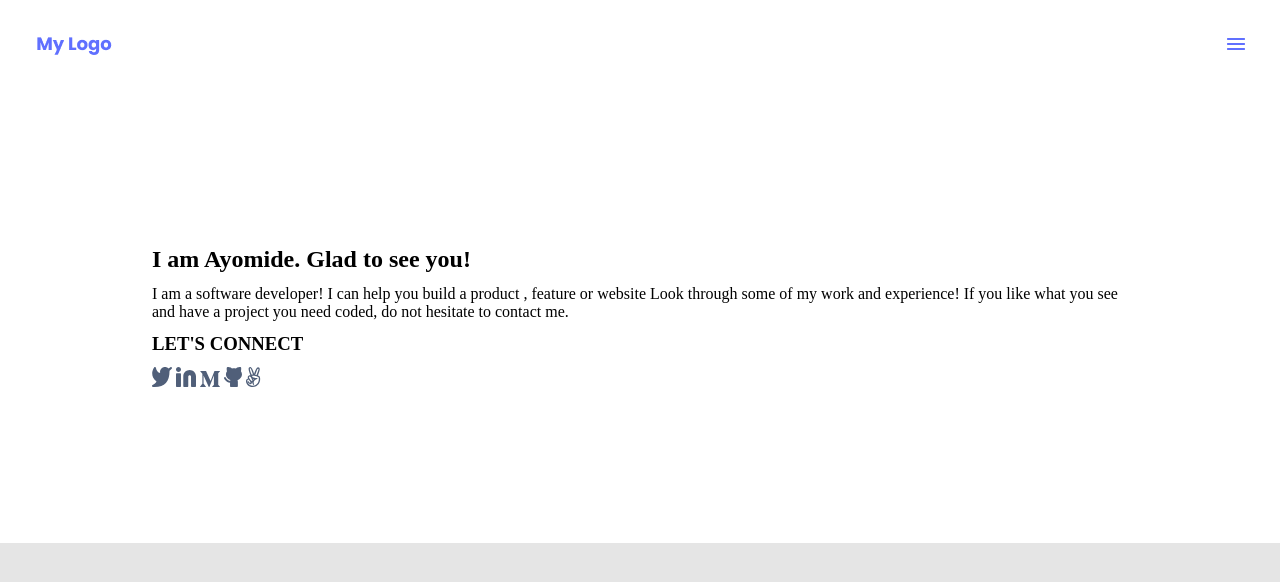
Repository: Paulinelali/potfoilo.github.io
Page: public/index.html
The author's editor kept a copy of each file at every save. The page is drawn from the files as they stood at one save, then again after a run of saves.
The browser window is 1280 px wide. The pictures show the whole page.

Above is the page before, as saved 2023-03-31 00:19:27.

After the next 2 saves:
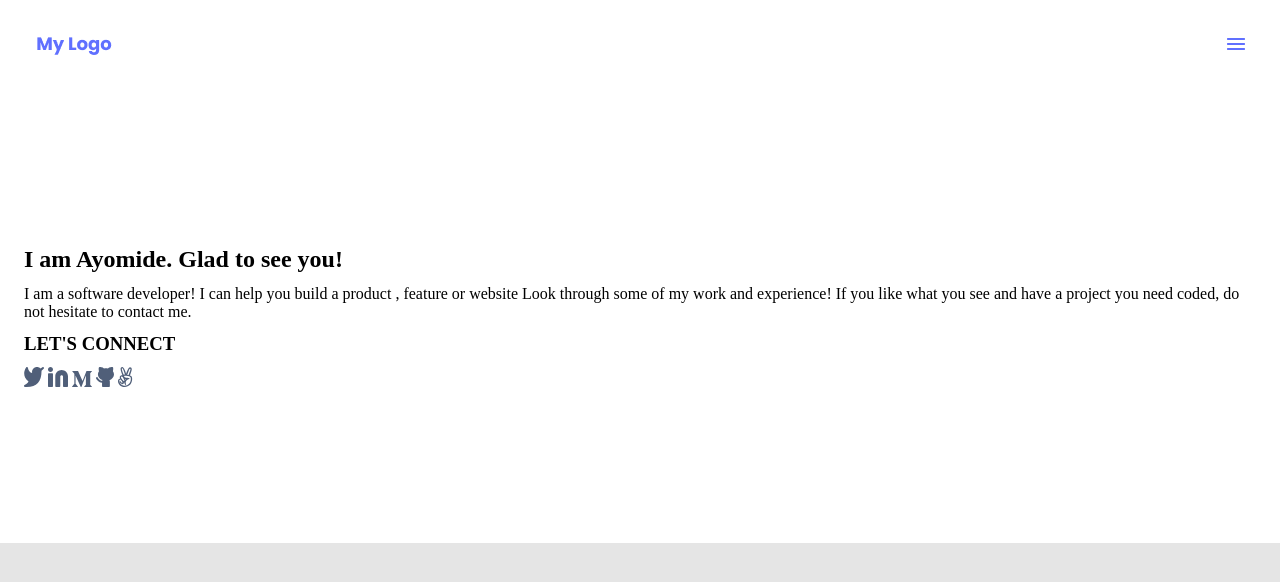
The 2 saves are shown as one change because they came seconds apart.
The last was saved 14 s later.
--- a/styles/style.css
+++ b/styles/style.css
@@ -23,6 +23,6 @@ body{
   display: flex;
   flex-direction: column;
   gap: 12px;
-  padding: 128px;
+  padding: 128px 0px;
 
 }
